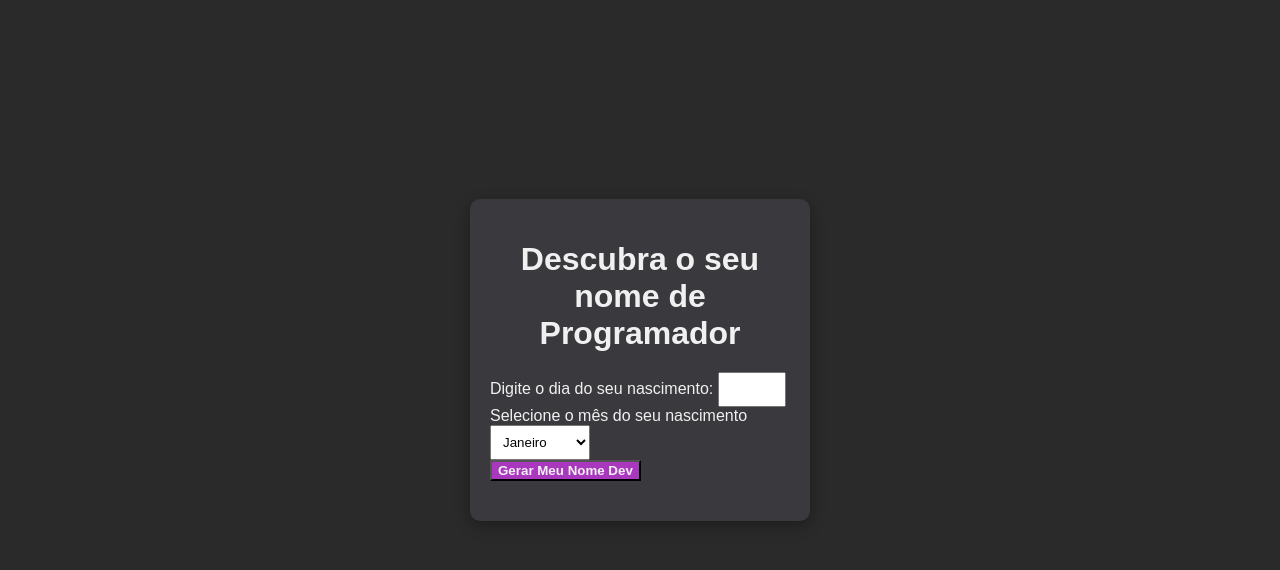
Repository: analessp/seu-nome-dev
Page: index.html
The author's editor kept a copy of each file at every save. The page is drawn from the files as they stood at one save, then again after a run of saves.
The browser window is 1280 px wide. The pictures show the whole page.

Above is the page before, as saved 2025-05-13 11:31:55.

### index.html
<!DOCTYPE html>
<html lang="pt-BR">
<head>
    <meta charset="UTF-8">
    <meta name="viewport" content="width=device-width, initial-scale=1.0">
    <title>Seu Nome Dev</title>
    <link rel="stylesheet" href="styles.css">
</head>
<body>
    <div class="container">
        <h1>Descubra o seu nome de Programador</h1>
        <div class="form-group">
            <label for="dia">Digite o dia do seu nascimento:</label>
            <input type="number" id="dia" min="1" max="31">
        </div>
        <div class="form-group">
            <label for="mes">Selecione o mês do seu nascimento</label>
            <select id="mes">
                <option value="1">Janeiro</option>
                <option value="2">Fevereiro</option>
                <option value="3">Março</option>
                <option value="4">Abril</option>
                <option value="5">Maio</option>
                <option value="6">Junho</option>
                <option value="7">Julho</option>
                <option value="8">Agosto</option>
                <option value="9">Setembro</option>
                <option value="10">Outubro</option>
                <option value="11">Novembro</option>
                <option value="12">Dezembro</option>
            </select>
        </div>
        <button onclick="gerarNomeDev()">Gerar Meu Nome Dev</button>
        <div class="resultado" id="resultado"></div>
    </div>
    <script src="app.js"></script>
</body>
</html>

### styles.css
body {
    background-color: #2a2a2a;
    color: #f0f0f0;
    font-family: "Nunito", sans-serif;
    display: flex;
    justify-content: center;
    align-items: center;
    height: 100vh;
    margin: 0;
}

.container {
    background-color: #3a3a3e;
    padding: 20px;
    border-radius: 10px;
    box-shadow: 0px 5px 15px rgba(0, 0, 0, 0.3);
    width: 300px;
}

h1 {
    text-align: center;
    margin-bottom: 20px;
}

.form-group

.form-group label {
    flex: 1;
    margin-right: 10px;
    text-align: center;
}

.form-group input,
.form-group select {
    flex: 2;
    padding: 8px;
    border-radius: 5px
    border: none;
    outline: none;
}

button {
    background-color: #aa38be;
    color: #f0f0f0;
    font-weight: bold;
    transition: background-color 0.3s;
}

button:hover {
    background-color: #e27cd3;
}

.resultado {
    margin-top: 20px;
    font-size: 1.2rem;
    font-weight: bold;
    color: #8b14c7;
}

### app.js
function gerarNomeDev() {
    const dia = parseInt(document.getElementById("dia").value);
    const mes = parseInt(document.getElementById("mes").value);
    const resultado = document.getElementById("resultado");

    if (isNaN(dia) || dia < 1 || dia > 31) {
        resultado.textContent = "Insira um dia válido.";
        return;
    }

    const títulos = {
    1: "Desenvolvedor(a)",
    2: "Desenvolvedor(a)",
    3: "Programador(a)",
    4: "Programador(a)",
    5: "Programador(a)",
    6: "Estagiário(a)",
    7: "Estagiário(a)",
    8: "EEstagiário(a)",
    9: "Sênior",
    0: "Sênior",
};

const meses = {
    1: "bugado(a)",
    2: "do CTRL C, CTRL V",
    3: "das gambiarras",
    4: "que culpa o cache",
    5: "que esquece o que faz",
    6: "do git vazio",
    7: "das try/ catch vazia",
    8: "famosinho do LinkedIn",
    9: "caçador de bugs",
    10: "do Windows Pirata",
    11: "do update sem where",
    12: "do commit bugado",
};

const ultimoDigito = dia % 10;
const titulo = títulos[ultimoDigito];
const mesTexto = meses[mes];

resultado.textContent = `${titulo} ${mesTexto}`;

}

After the next 4 saves:
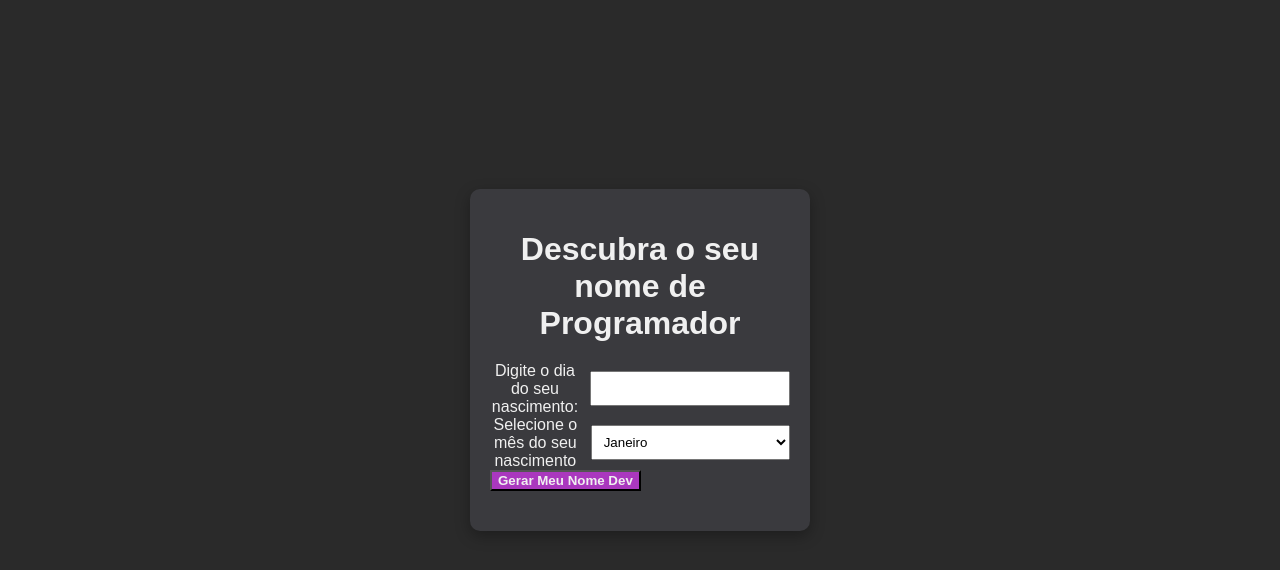
The 4 saves are shown as one change because they came seconds apart.
The last was saved 11 s later.
--- a/styles.css
+++ b/styles.css
@@ -22,7 +22,10 @@ h1 {
     margin-bottom: 20px;
 }
 
-.form-group
+.form-group {
+    display: flex;
+    align-items: center;
+}
 
 .form-group label {
     flex: 1;
